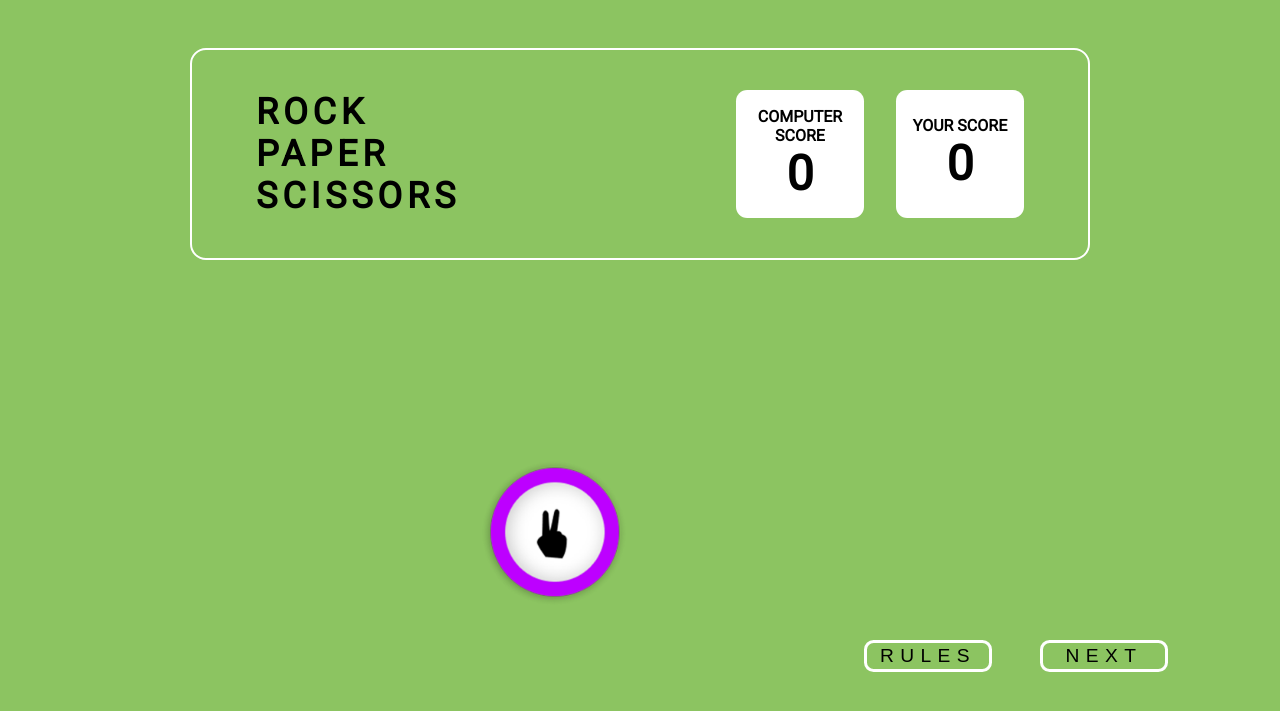
Repository: drumsmanku/Major-module-project-1
Page: index.html
The author's editor kept a copy of each file at every save. The page is drawn from the files as they stood at one save, then again after the next save.
The browser window is 1280 px wide. The pictures show the whole page.
After loading, the first visible `#rock` was clicked once.

Above is the page before, as saved 2023-04-30 21:37:09.
Console error: ReferenceError: buttonContainer is not defined

After the next save:
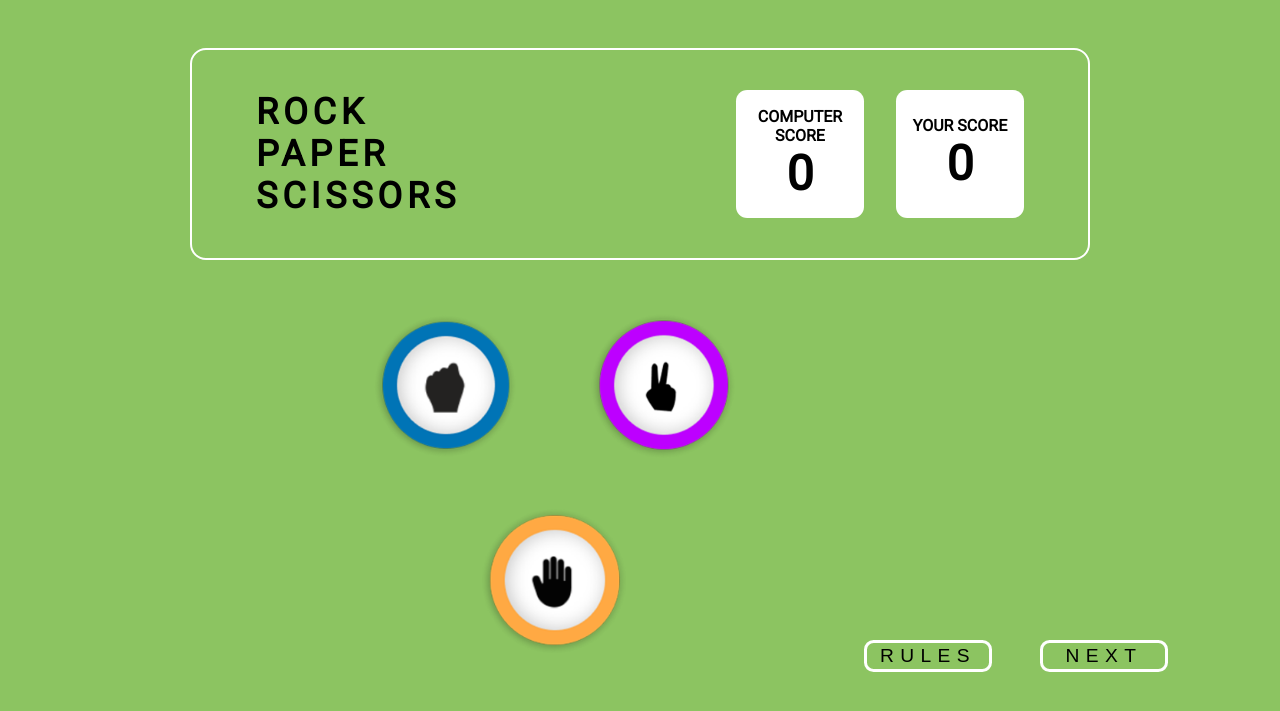
Console error: ReferenceError: choose is not defined
Saved 78 s later.
--- a/script.js
+++ b/script.js
@@ -39,17 +39,17 @@
   return computerChoice;
 }
 
-function choose(choice) {
-  if (choice === "rock") {
-    allThree.classList.add('display-none');
-  } else if (choice === "paper") {
-    rockBtn.style.display = "none";
-    scissorsBtn.style.display = "none";
-  } else {
-    rockBtn.style.display = "none";
-    paperBtn.style.display = "none";
-  }
-  buttonContainer.removeEventListener("click", choose);
-  const result = playGame(choice);
-  resultText.innerText = result;
-}
+// function choose(choice) {
+//   if (choice === "rock") {
+//     allThree.classList.add('display-none');
+//   } else if (choice === "paper") {
+//     rockBtn.style.display = "none";
+//     scissorsBtn.style.display = "none";
+//   } else {
+//     rockBtn.style.display = "none";
+//     paperBtn.style.display = "none";
+//   }
+//   buttonContainer.removeEventListener("click", choose);
+//   const result = playGame(choice);
+//   resultText.innerText = result;
+// }

After the save that followed:
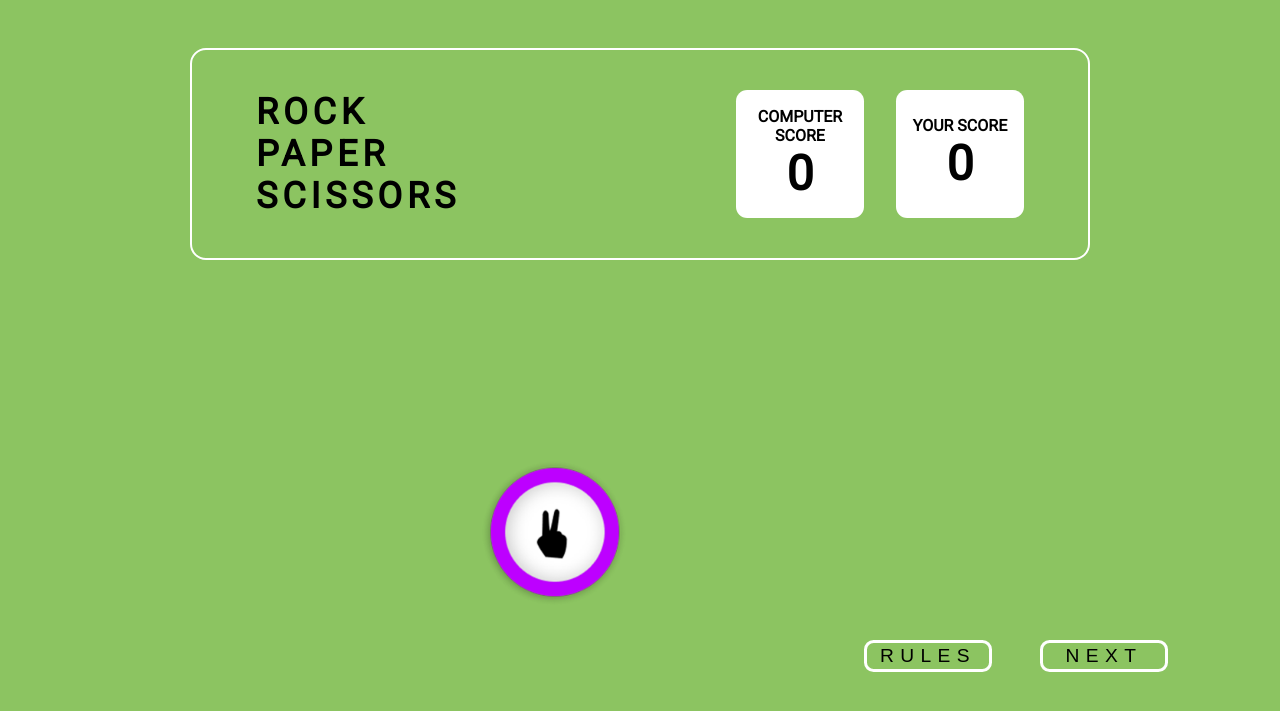
Console error: ReferenceError: buttonContainer is not defined
Saved 7 s later.
--- a/script.js
+++ b/script.js
@@ -39,17 +39,17 @@
   return computerChoice;
 }
 
-// function choose(choice) {
-//   if (choice === "rock") {
-//     allThree.classList.add('display-none');
-//   } else if (choice === "paper") {
-//     rockBtn.style.display = "none";
-//     scissorsBtn.style.display = "none";
-//   } else {
-//     rockBtn.style.display = "none";
-//     paperBtn.style.display = "none";
-//   }
-//   buttonContainer.removeEventListener("click", choose);
-//   const result = playGame(choice);
-//   resultText.innerText = result;
-// }
+function choose(choice) {
+  if (choice === "rock") {
+    allThree.classList.add('display-none');
+  } else if (choice === "paper") {
+    rockBtn.style.display = "none";
+    scissorsBtn.style.display = "none";
+  } else {
+    rockBtn.style.display = "none";
+    paperBtn.style.display = "none";
+  }
+  buttonContainer.removeEventListener("click", choose);
+  const result = playGame(choice);
+  resultText.innerText = result;
+}
